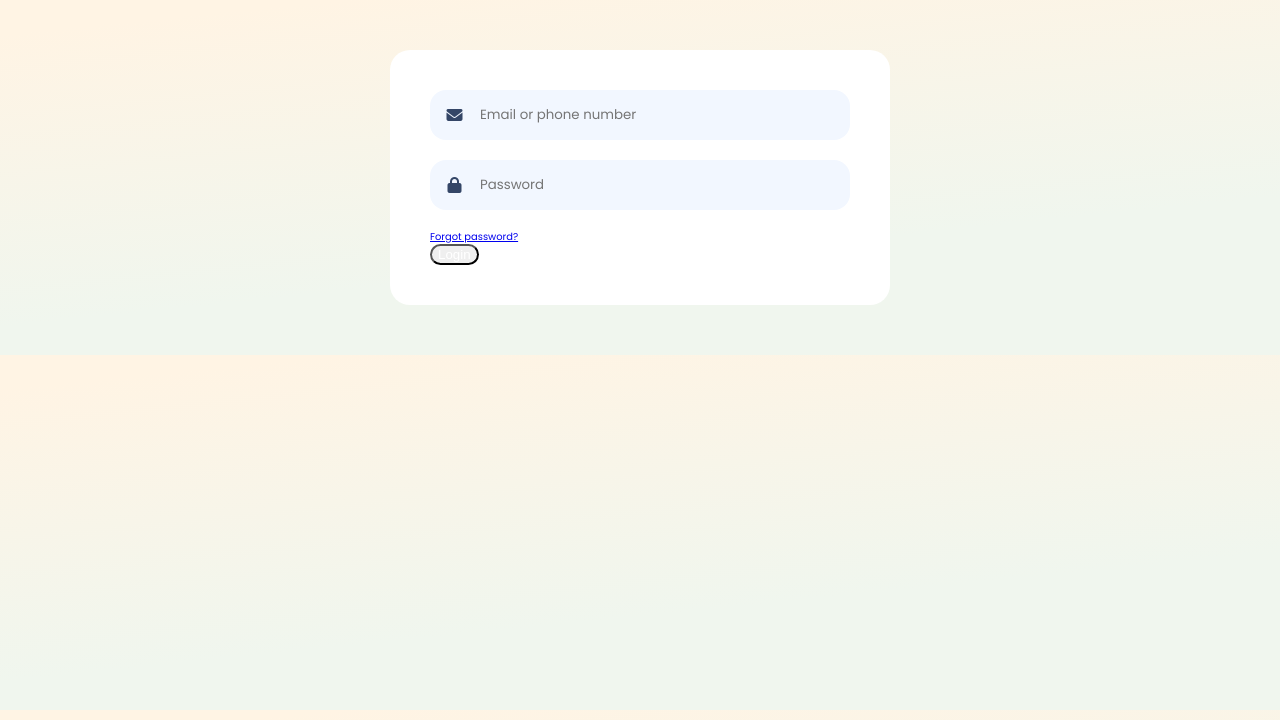
Repository: VuTuanAnh0949/loginForm
Page: index.html
An editor plug-in stored every save of this project. The page is shown before and after the next save, followed by the edit.
The browser window is 1280 px wide. The pictures show the whole page.

Above is the page before, as saved 2022-04-15 20:52:26.

### index.html
<!DOCTYPE html>
<html lang="en">
<head>
  <meta charset="UTF-8">
  <meta http-equiv="X-UA-Compatible" content="IE=edge">
  <meta name="viewport" content="width=device-width, initial-scale=1.0">
  <link
  href="https://fonts.googleapis.com/css2?family=Poppins:wght@300;400;600&display=swap"
  rel="stylesheet"
/>
<link rel="stylesheet" href="style.css">
<link rel="stylesheet" href="/fontawesome-free-6.1.1-web/css/all.css">
  <title>Login</title>
</head>
<body>
  <div class="login">
    <div class="login-field">
      <i class="fa-solid fa-envelope login-icon"></i>
      <input type="email" class="login-input" placeholder="Email or phone number">
    </div>
    <div class="login-field">
      <i class="fa-solid fa-lock login-icon"></i>
      <input type="password" class="login-input" placeholder="Password">
    </div>
    <a href="#" class="login__forgot--password">Forgot password?</a>
    <button class="login-submit">Login</button>
  </div>
</body>
</html>

### style.css
html{
  font-size: 62%;
  font-family: "Poppins", sans-serif;
}
*{
box-sizing: border-box;
}
body{
  background-image: linear-gradient( 174.2deg,  rgba(255,244,228,1) 7.1%, rgba(240,246,238,1) 67.4% );
}
.login{
width: 500px;
margin: 50px auto;
padding: 40px;
background-color: white;
border-radius: 20px;
}
.login-field{
  display: flex;
  align-items: center;
  background-color: #f2f7ff;
  padding: 15px;
  margin-bottom: 20px;
  border-radius: 16px;
}
.login-icon{
  color: #344667;
  font-size: 16px;
  width: 20px;
  text-align: center;

}
.login-input{
  font-family: "Poppins", sans-serif;
  border: 0;
  padding: 0 0 0 16px;
  background-color: transparent;
  width: 100%;
  outline: none;
}
.login-submit{
  color: white;
  border-radius: 16px;
  display: block;
}

Loaded but not shown: fontawesome-free-6.1.1-web/css/all.css (library)

After the next save:
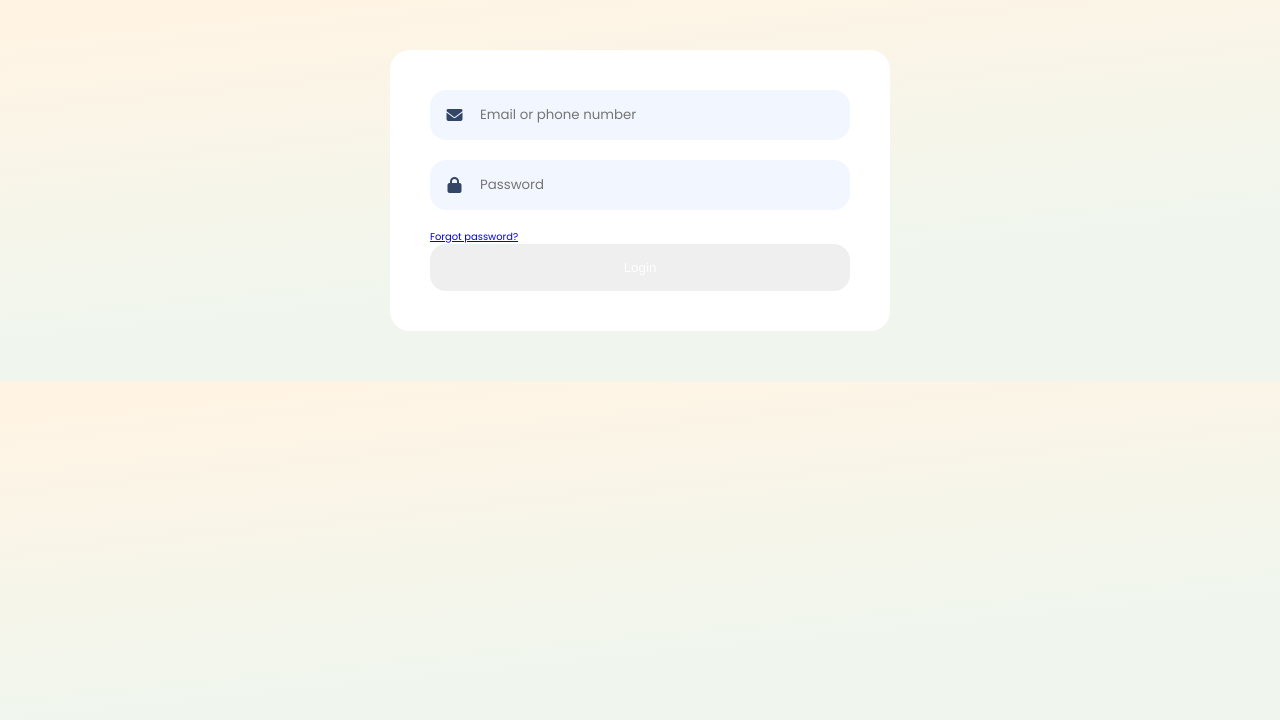
Saved 23 s later.
--- a/style.css
+++ b/style.css
@@ -42,4 +42,7 @@ border-radius: 20px;
   color: white;
   border-radius: 16px;
   display: block;
+  width: 100%;
+  border: 0;
+  padding: 16px;
 }
